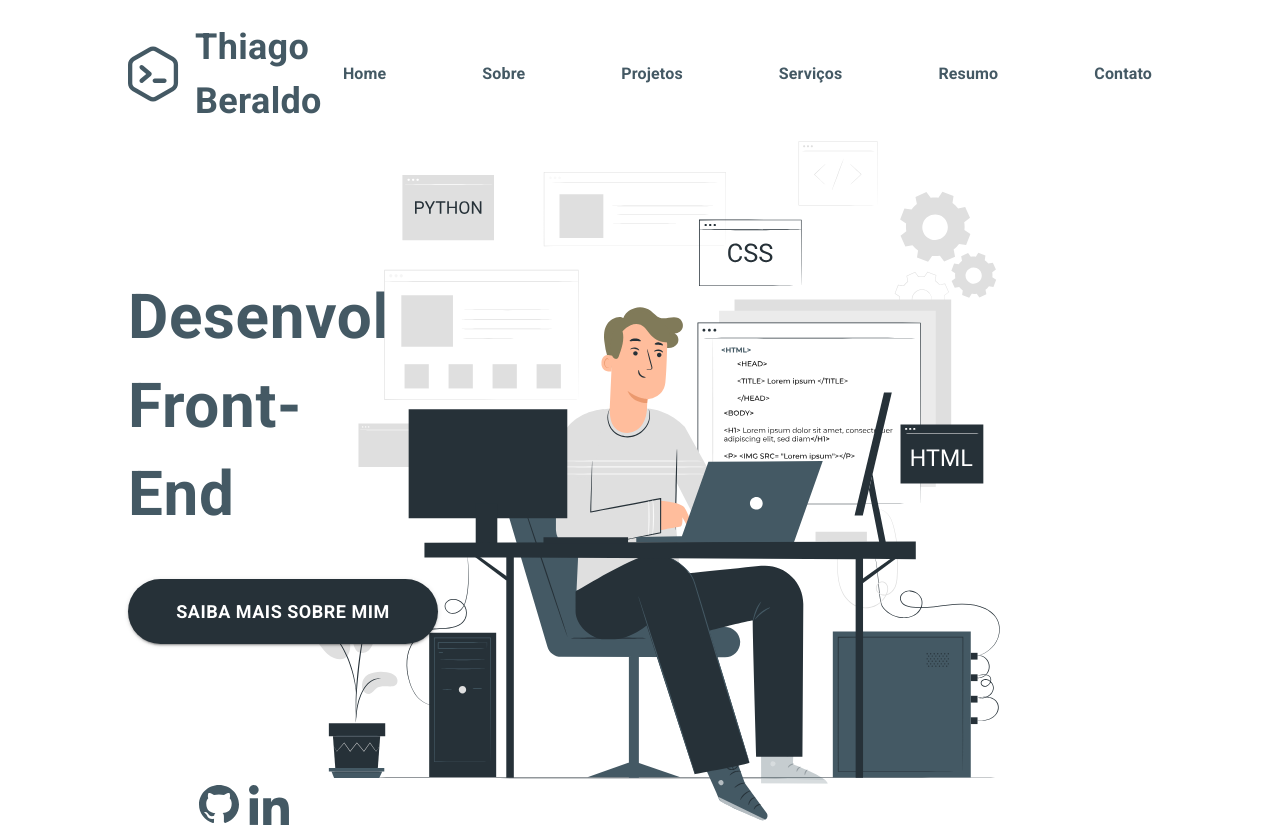
Repository: lenx0/myportfolio
Page: /
These files come from the project's save history. The page is drawn as it stood at one moment and after a run of saves; the edit follows.
The browser window is 1280 px wide. The pictures show the whole page.
The project was rebuilt for these pictures with package versions that can differ from the ones it lists, and the page was loaded fresh each time. Also part of the build but not shown: vite.config.js.

Above is the page before, as saved 2024-06-07 10:49:30.

After the next 3 saves:
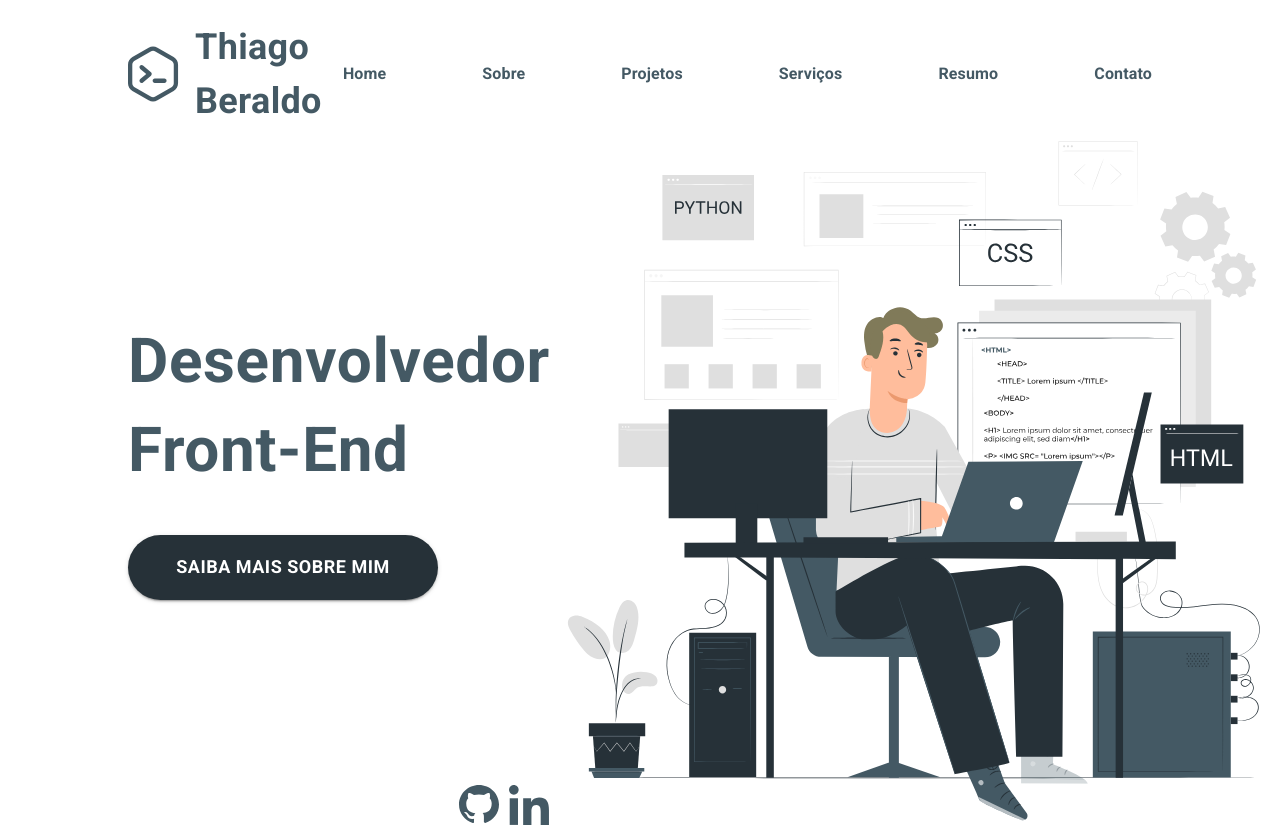
The 3 saves are shown as one change because they came seconds apart.
The last was saved 9 s later.
--- a/src/components/Home/index.jsx
+++ b/src/components/Home/index.jsx
@@ -12,7 +12,7 @@
       spacing={2}
       wrap="nowrap"
     >
-      <Grid item xs={1}>
+      <Grid item xs={4}>
         <Typography
           variant="body2"
           sx={{
